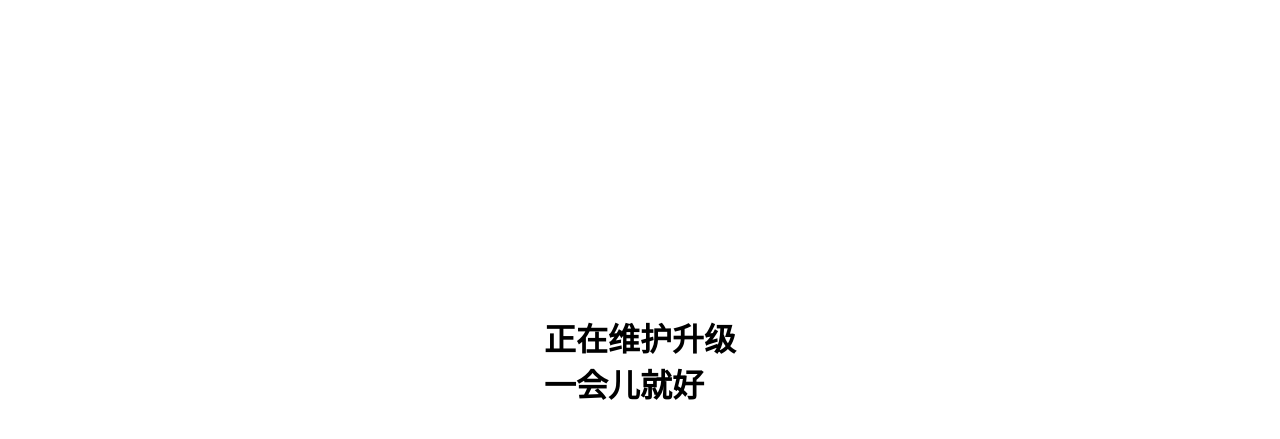
Repository: fakedestinyck/daxigua
Page: 503.html
An editor plug-in stored every save of this project. The page is shown before and after the next save, followed by the edit.
The browser window is 1280 px wide. The pictures show the whole page.

Above is the page before, as saved 2021-02-02 18:14:45.

### 503.html
<!DOCTYPE html>
<html lang="en">
<head>
    <meta charset="UTF-8">
    <meta name="viewport" content="width=device-width, initial-scale=1.0">
    <title>合成蒋申</title>
</head>
<body>
    <div style="position: absolute; top: 50%; left: 50%; transform: translate(-50%, -50%); font-size: 2em; font-weight: bolder;">
        正在维护升级<br>一会儿就好
    </div>
</body>
</html>

After the next save:
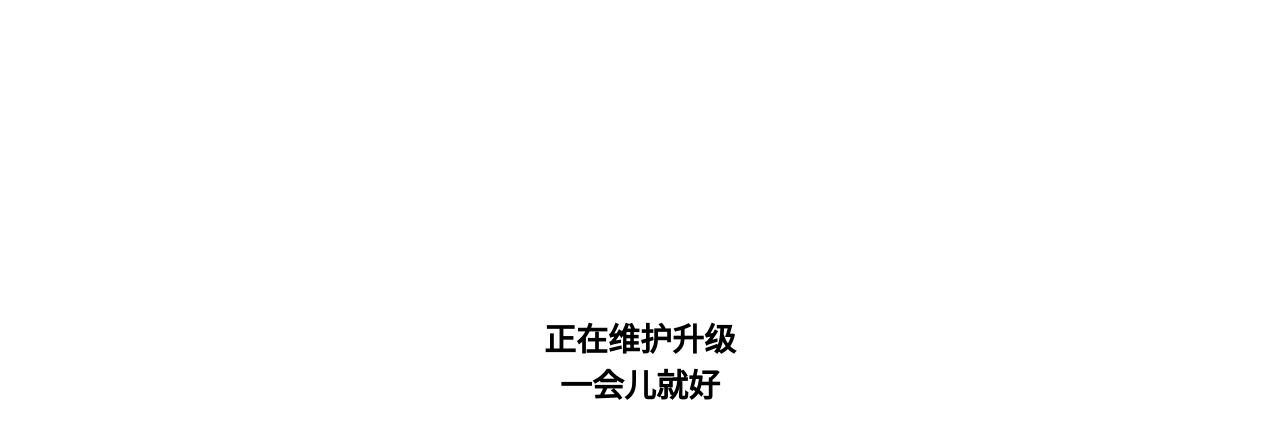
Saved 11 s later.
--- a/503.html
+++ b/503.html
@@ -6,7 +6,7 @@
     <title>合成蒋申</title>
 </head>
 <body>
-    <div style="position: absolute; top: 50%; left: 50%; transform: translate(-50%, -50%); font-size: 2em; font-weight: bolder;">
+    <div style="position: absolute; top: 50%; left: 50%; transform: translate(-50%, -50%); font-size: 2em; font-weight: bolder; text-align: center;">
         正在维护升级<br>一会儿就好
     </div>
 </body>
